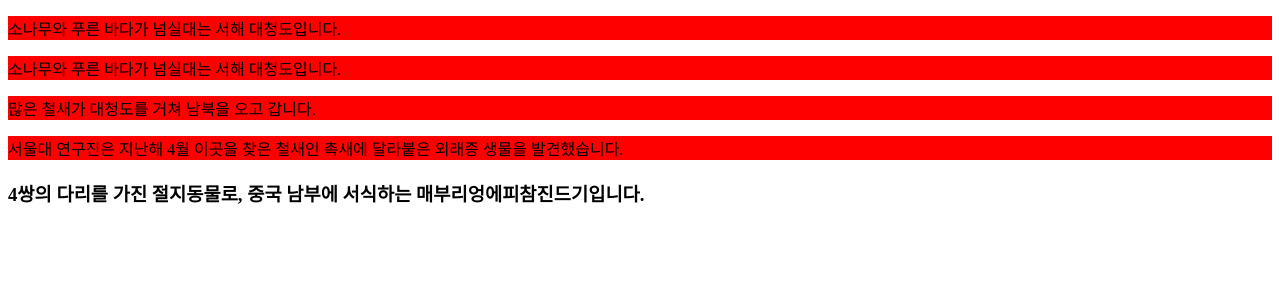
Repository: suhong99/JqueryLecture
Page: sample01/src/main/webapp/index3.html
The author's editor kept a copy of each file at every save. The page is drawn from the files as they stood at one save, then again after the next save.
The browser window is 1280 px wide. The pictures show the whole page.
After loading, the first visible `p` was clicked once.

Above is the page before, as saved 2023-06-26 02:41:46.

After the next save:
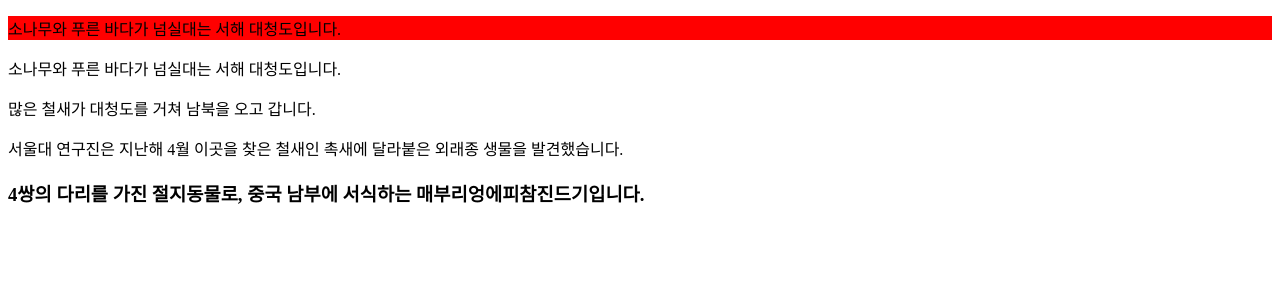
Saved 5 min 40 s later.
--- a/sample01/src/main/webapp/index3.html
+++ b/sample01/src/main/webapp/index3.html
@@ -40,7 +40,7 @@
 
  // p 태그르르 클릭하면, background-color -> red
  $("p").click(function(){
-	$("p").css("background-color", "red");
+	$(this).css("background-color", "red");
  });
 
  // h 태그르르 클릭하면, background-color -> 다시
